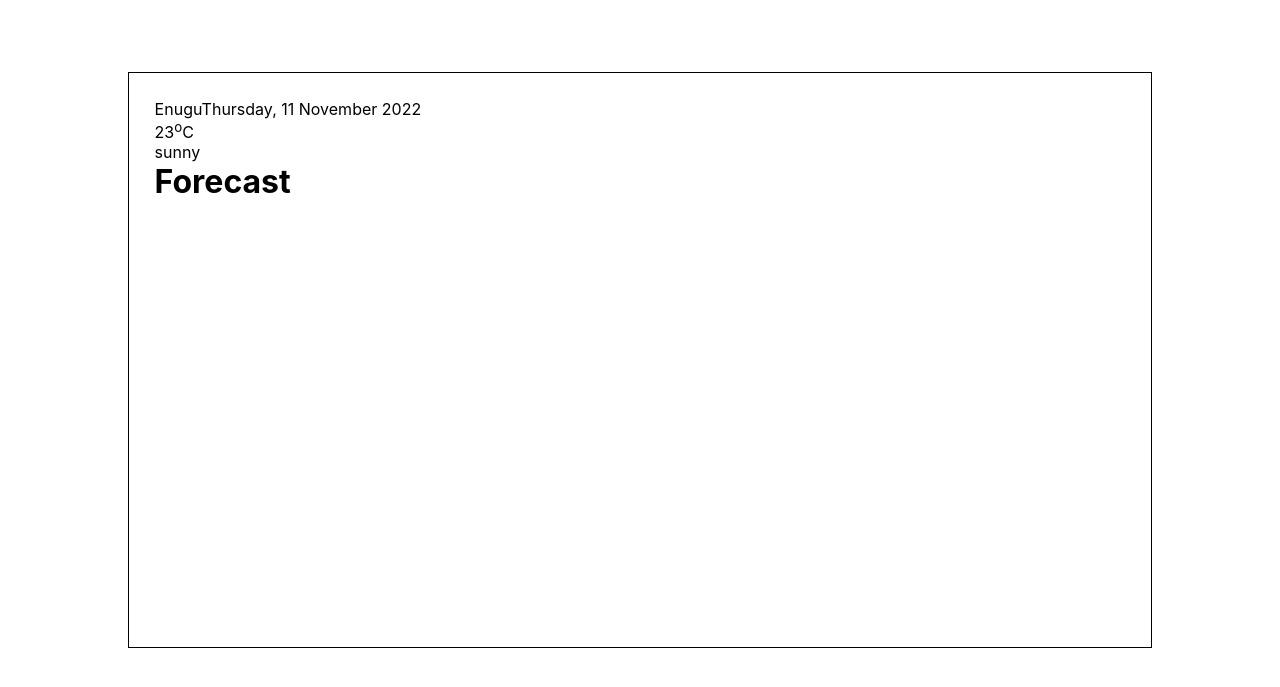
Repository: debthebuilder/bloom
Page: /
The author's editor kept a copy of each file at every save. The page is drawn from the files as they stood at one save, then again after a run of saves.
The browser window is 1280 px wide. The pictures show the whole page.
The project was rebuilt for these pictures with package versions that can differ from the ones it lists, and the page was loaded fresh each time. Also part of the build but not shown: src/components/Splash.js.

Above is the page before, as saved 2022-11-10 23:44:01.

### src/App.js
// import logo from './logo.svg';

import "./scss/app.scss";
import { Current , Forecast} from "./components/index"

function App() {
  return (
    <div className="app">
      <div className="weather-container">
        <Current />
        <Forecast />
      </div>
    </div>
  );
}

export default App;

### src/scss/app.scss
@use "colors";
@import url(_splash.scss);


* {
    margin: 0;
    padding: 0;
    box-sizing: border-box;
}

body {
    background-color: colors.$white;
    color: colors.$black;
}

.app {
    width: 100%;
    height: 100vh;
    display: flex;
    flex-direction: column;
    justify-content: center;
    align-items: center;
}

.weather-container {
    width: 80%;
    height: 80%;
    padding: 2%;
    border: solid 1px black;
    display: flex;
    flex-direction: column;
}

### src/components/index.js
export { Current } from "./Current";
export { Forecast } from "./Forecast";
export { Splash }  from "./Splash";

### src/scss/_splash.scss
.weather-map {
    display: grid;
    width: 100%;
    height: 100vh;
    grid-template-columns: 1fr 1fr;
    position: relative;
    background-color: black;
    gap: 10px 20px;
    color: white;
    padding: 10px;
}
.weather {
    width: 100%;
    height: 305px;
    border-bottom: 10px solid black;
}
.sunshine {
    background-image: linear-gradient(yellow, orange);
}


.appTitle {
    font: {
        size: 6rem;
    }
}

### src/components/Current.js
export const Current = () => {
    return(
        <div className="current">
            <div className="date-location">
                <span className="location">Enugu</span>
                <span className="date">Thursday, 11 November 2022</span>
            </div>
            <div className="conditions">
                <div className="temp-unit">
                    <span className="temperature">23</span>
                    <span className="unit"><sup>o</sup>C</span>
                </div>
                <span>sunny</span>
            </div>

        </div>
    )
}

### src/components/Forecast.js
export const Forecast = () => {
    return(
        <div>
            <h1>Forecast</h1>
        </div>
    )
}

Loaded but not shown: public/index.html (common file); src/index.js (common file); src/index.css (common file); src/reportWebVitals.js (common file); src/scss/_colors.scss (common file)

After the next 4 saves:
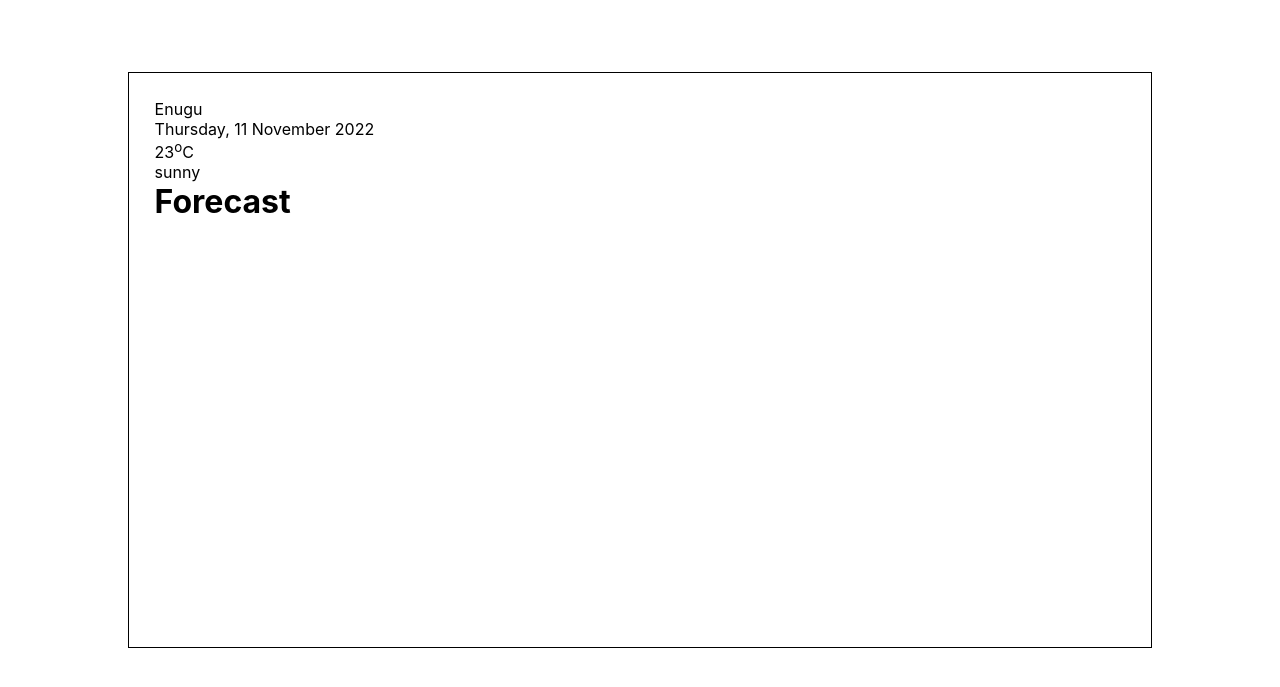
The 4 saves are shown as one change because 2 did not build or start and some came seconds apart.
The last was saved 18 s later.
--- a/src/scss/app.scss
+++ b/src/scss/app.scss
@@ -30,3 +30,7 @@ body {
     display: flex;
     flex-direction: column;
 }
+.date-location {
+    display: flex;
+    flex-direction: column;
+}
